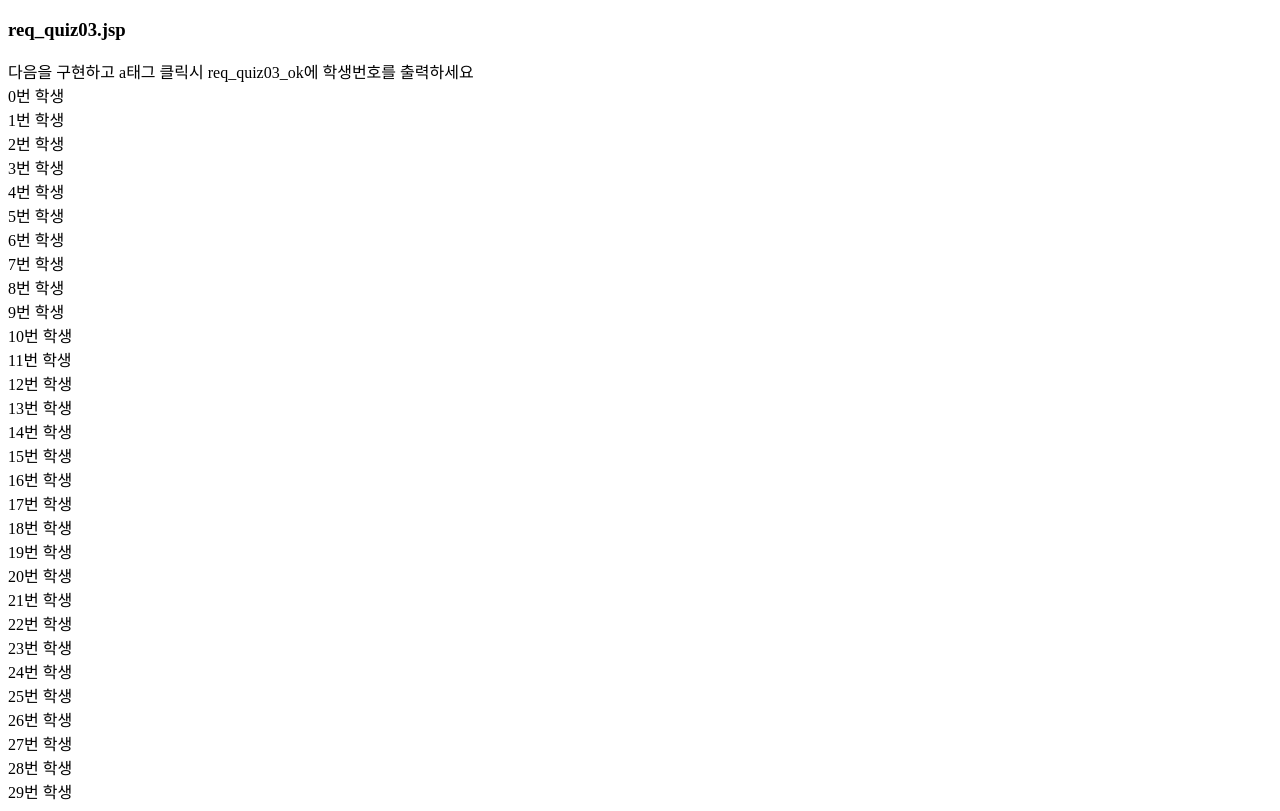
Repository: sun2898/JSP
Page: http://localhost/JSPBasic/request/req_quiz03.jsp
The author's editor kept a copy of each file at every save. The page is drawn from the files as they stood at one save, then again after the next save.
The browser window is 1280 px wide. The pictures show the whole page.
The page is served by Tomcat 9. Nobody is signed in. The application's start-up code is not run. Other server files are loaded and not shown.

Above is the page before, as saved 2023-06-02 05:26:47.

### JSPBasic/src/main/webapp/request/req_quiz03.jsp
<%@ page language="java" contentType="text/html; charset=UTF-8"
    pageEncoding="UTF-8"%>
<%
	int[] student = new int[30];

	for(int i = 0; i < student.length; i++) {

		student[i] = i;
	}





%>



<!DOCTYPE html>
<html>
<head>
<meta charset="UTF-8">
<title>Insert title here</title>
</head>
<body>
	<h3>req_quiz03.jsp</h3>
	다음을 구현하고 a태그 클릭시 req_quiz03_ok에 학생번호를 출력하세요
	<br/>

	<%for(int i = 0; i < student.length; i++) {%>
		<a herf = "#" ><%=i%>번 학생</a><br>

	<%}%>










</body>
</html>

After the next save:
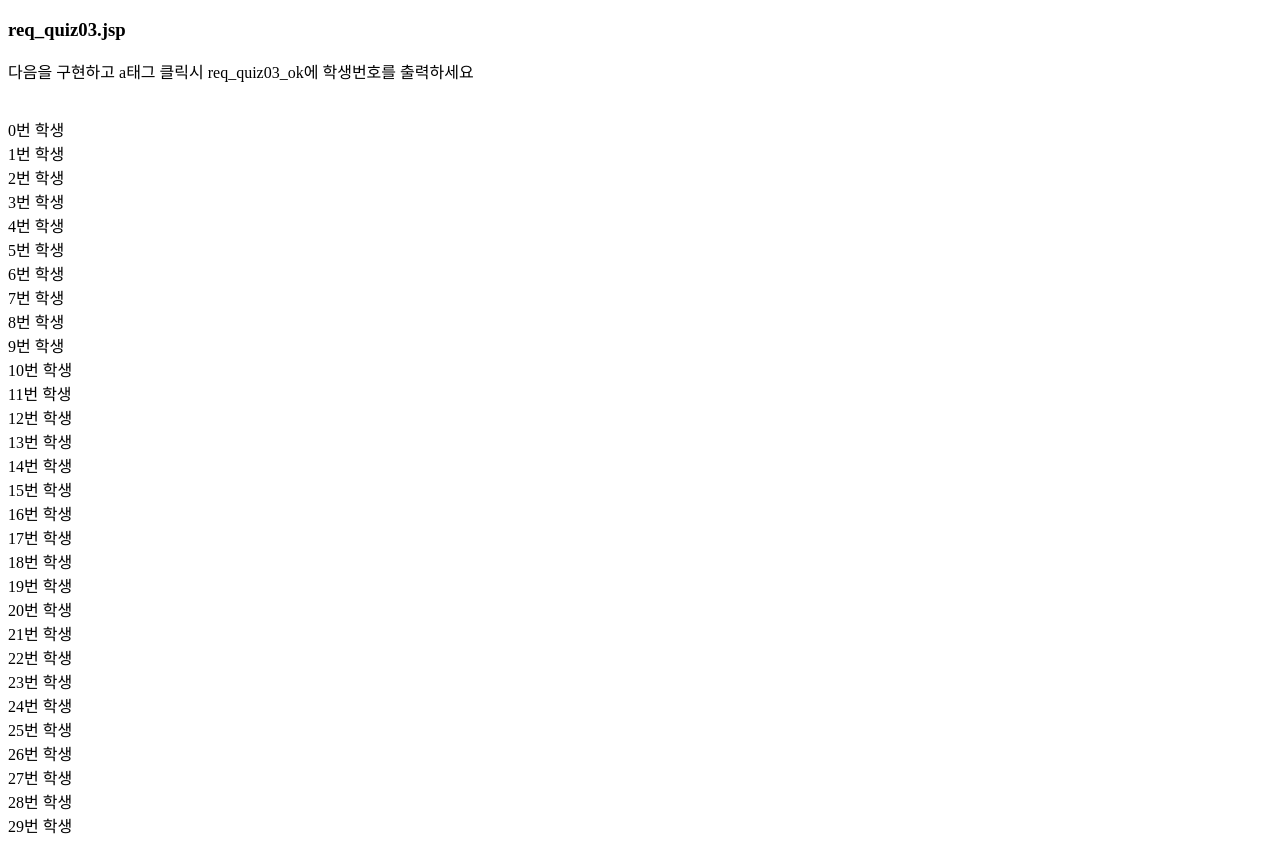
Saved 34 s later.
--- a/JSPBasic/src/main/webapp/request/req_quiz03.jsp
+++ b/JSPBasic/src/main/webapp/request/req_quiz03.jsp
@@ -24,7 +24,7 @@
 </head>
 <body>
 	<h3>req_quiz03.jsp</h3>
-	다음을 구현하고 a태그 클릭시 req_quiz03_ok에 학생번호를 출력하세요
+	<p>다음을 구현하고 a태그 클릭시 req_quiz03_ok에 학생번호를 출력하세요<p>
 	<br/>
 
 	<%for(int i = 0; i < student.length; i++) {%>
